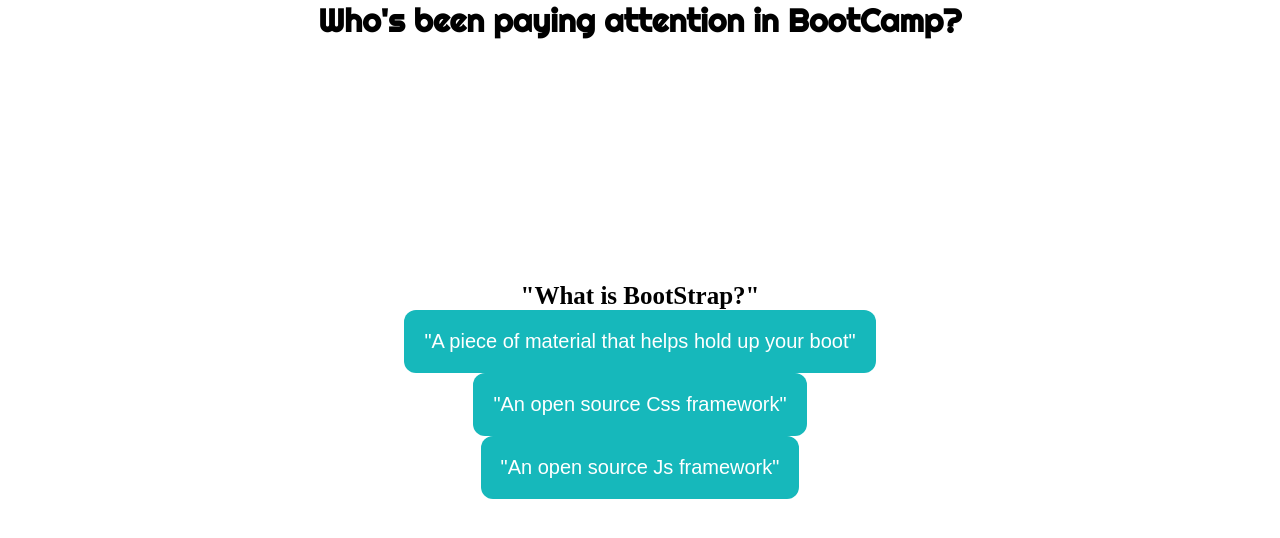
Repository: kkyler24/Quizlet
Page: Quiz.html
An editor plug-in stored every save of this project. The page is shown before and after the next save, followed by the edit.
The browser window is 1280 px wide. The pictures show the whole page.
Some web libraries are served in a nearby version.

Above is the page before, as saved 2020-03-15 23:58:34.

### Quiz.html
<!DOCTYPE html>

<html lang="en">

<head>
    <meta charset="UTF-8">
    <meta name="viewport" content="width=device-width, initial-scale=1.0">

    <!-- font family -->
    <link href="https://fonts.googleapis.com/css2?family=Righteous&display=swap" rel="stylesheet">

    <!-- Popper -->
    <script src="https://cdnjs.cloudflare.com/ajax/libs/popper.js/1.12.9/umd/popper.min.js"
        integrity="sha384-ApNbgh9B+Y1QKtv3Rn7W3mgPxhU9K/ScQsAP7hUibX39j7fakFPskvXusvfa0b4Q"
        crossorigin="anonymous"></script>
    <!-- Myfiles -->
    <link rel="stylesheet" type="text/css" href="DevOpsFiles/Style.css">
    <title>Quiz it</title>
</head>

<header>Who's been paying attention in BootCamp?</header>

<!-- Quiz Design -->

<body>
    <div id="timespent" class="time"></div>

    <Div class="flex-container">
        <div id="questionBoxOne" class="row" style="display: block;">
            <div class="col-md-6 col-sm-3 questionDiv">
                "What is BootStrap?"
                <div class="col-8 col-sm-6 answerA">
                    <button type="button" class="button">"A piece of material that helps hold up your
                        boot"
                    </button>
                </div>
                <div class="col-8 col-sm-6 answerA correct">
                    <button type="button" class="button">"An open source Css
                        framework"</button>
                </div>
                <div class="col-8 col-sm-6 answerA">
                    <button type="button" class="button">"An open source Js framework"</button>
                </div>
            </div>
        </div>

        <div id="questionBoxTwo" class="row" style="display: none;">
            <div class="col-md-6 col-sm-3 questionDiv">
                "Javascript is to muscles as HTML is to...?"
            </div>
                <div class="col-8 col-sm-6 answerB correct">
                    <button type="button" class="button"> IceCream"</button>
                </div>
                <div class="col-8 col-sm-6 answerB">
                    <button type="button" class="button">"Skin"</button>
                </div>
                <div class="col-8 col-sm-6 answerB">
                    <button type="button" class="button">"Skeleton"</button>
                </div>
            </div>


        <div id="questionBoxThree" class="row" style="display: none;">
            <div class="col-md-6 col-sm-3 questionDiv">
                "What does HTML stand for?"
                <div class="row">

                    <div class="col-8 col-sm-6 answerC">
                        <button type="button" class="button">"Home Tools Mark-up language" </button>

                        <div class="col-8 col-sm-6 answerC">
                            <button type="button" class="button"> "Hyper-text Mark down language "</button>

                            <div class="col-8 col-sm-6 answerC">
                                <button type="button" class="button">"Hyper-text Mark up language
                                    "</button>
                            </div>
                        </div>
                    </div>
                </div>
            </div>
        </div>

        <div id="questionBoxFour" class="row" style="display: none;">
            <div class="col-md-6 col-sm-3 questionDiv">
                "What is BootStrap?"
                <div class="row">

                    <div class="col-8 col-sm-6 answerD">
                        <button type="button" class="button">"A piece of material that helps hold
                            up your boot" </button>

                        <div class="col-8 col-sm-6 answerD">
                            <button type="button" class="button">"An open source Css
                                framework"</button>

                            <div class="col-8 col-sm-6 answerD">
                                <button id="D" type="button" class="button">"An open source Js
                                    framework"</button>
                            </div>
                        </div>
                    </div>
                </div>
            </div>
        </div>
    </Div>

    <script src="https://code.jquery.com/jquery-3.4.1.js"></script>
    <script src="DevOpsFiles/Java.js"></script>
</body>

</html>

### DevOpsFiles/Style.css
body{
    margin: auto;
    text-align: center;
    background-image: image();
  }

.flex-container {
    display: flex;
    height: 500px;
    justify-content: center;
    align-items: center;
    flex-direction: column;
  }

header{
font-family: "Righteous", cursive;
font-size: xx-large;
font-weight: bolder;

  }

#secLeft {
  position: absolute;
  top: 0.1%;
  display: block;
}

#questionBoxOne {
  position: absolute;

}

#questionBoxTwo {
  position: absolute;

}

#questionBoxThree {
  position: absolute;

}

#questionBoxFour {
  position: absolute;

}
.questionDiv{
  font-size: 25px;
  font-weight: bold;

}

.button{
background-color: rgb(22, 184, 187);
padding: 20px;
border-radius: 12px;
border: none;
color: white;
font-family:Arial, Helvetica, sans-serif;
font-size: 20PX;
}

#timespent{
  border: none;
  height: 100px;
  text-align: center;
  font-size: 40px;
  font-weight: bold;

}

.startButton{
  text-align: center;
  margin-top: 25%;
}

### DevOpsFiles/Java.js
// var startTime;
var startTime;
function display() {
  // later record end time
  var endTime = new Date();

  // time difference in ms
  var timeDiff = endTime - startTime;

  // strip the miliseconds
  timeDiff /= 1000;

  // get seconds
  var seconds = Math.round(timeDiff % 60);

  // remove seconds from the date
  timeDiff = Math.floor(timeDiff / 60);

  // get minutes
  var minutes = Math.round(timeDiff % 60);

  // remove minutes from the date
  timeDiff = Math.floor(timeDiff / 60);

  // get hours
  var hours = Math.round(timeDiff % 24);

  // remove hours from the date
  timeDiff = Math.floor(timeDiff / 24);

  // the rest of timeDiff is number of days
  var days = timeDiff;

  $(".time").text(minutes + ":" + seconds);
  setTimeout(display, 1000);
}

$(".answerA").click(function () {
  startTime = new Date();
  setTimeout(display, 1000);
});
//   function stopTimer() {
//     secondsElapsed = 0;
//     formatTime();
//   }
//   function startTimer() {
//     if (totalSeconds > 0) {
//       secondsElapsed = 0;
//       timer = setInterval(function () {
//         secondsElapsed++;
//         formatTime();
//       }, 1000);
//     }
//     formatTime();
//   }
// };

// ---Score Code---
var totalScore = [];

function getSum(total, num) {
  return total + Math(num);
}
function myFunction(item) {
  document.getElementById("stats").innerHTML = totalScore.reduce(getSum, 0);
}



// Questions Object
var Quests = [
  {
    Q1: {
      Question: "What is BootStrap?",
      answers: ["A piece of material that helps hold up your boot", "An open source Css framework", "An open source JS framework"],
      answersCorrect: [1]

    },

    Q2: {
      Question: "HTML is to Skeleton as Javascript is to...?",
      answers: ["Muscles", "Skin", "Coffee"],
      answersCorrect: [0]
    },

    Q3: {
      Question: "What does HTML stand for?",
      answers: ["A piece of material that helps hold up your boot", "An open source Css framework", "An open source JS framework"],
      answersCorrect: [3]
    },

    Q4: {
      Question: "What is BootStrap?",
      answers: ["A piece of material that helps hold up your boot", "An open source Css framework", "An open source JS framework"],
      answersCorrect: [2]
    }
  }];


// -->Get faded code<--

var fadeOut = $(".answerA").on("click", function () {
  $("#questionBoxOne").fadeOut(2500, function () {
    $(this).remove();
  })
});

$(".answerA").on("click", function () {
  $("#questionBoxTwo").fadeIn(3600, function () {
  })
});

$('.answerB').on('click', function () {
  $("#questionBoxTwo").fadeOut(2500, function () {
    $(this).remove();
  })
});

$(".answerB").on("click", function () {
  $("#questionBoxThree").fadeIn(3600, function () {

  })
});

$('.answerC').on('click', function () {
  $("#questionBoxThree").fadeOut(2500, function () {
    $(this).remove();
  })
});

$(".answerC").on("click", function () {
  $("#questionBoxFour").fadeIn(3500, function () {
  })
});

$('.answerD').on('click', function () {
  $("#questionBoxFour").fadeOut(2500, function () {
    $(this).remove();
  })
});

$(".answerD").on("click", function () {
    $("#stats").slideDown(3500, function () {
    })
  });

//
// var aBBox = document.getElementsByClassName("col-8 col-sm-6 answerB");
// aBBox.


// done.addEventListener("event", function(){
// $(".answerb").on("event", function(){
//   $("#questionBoxTwo").fadeOut(2000,function(){
//     $(this).remove();
// })});



//
// $("#questionBoxTwo").fadeIn(1000,function())

// fade in after (this).remove has been completed
// var buttonCheck = document.getElementsByClassName("button");
// var totalScore = "";

// button listener



// Check the buttons for correct class
// // for ( var i = 0; i > flex-container.lenght; i++) {
// //   $("button").on("click", function(){
// //     if (buttonCheck.click === button.correct){
// //         totalScore = totalScore + 25;
// //     }
// //     else {secondsElapsed + 1500};
//   }
// )}

After the next save:
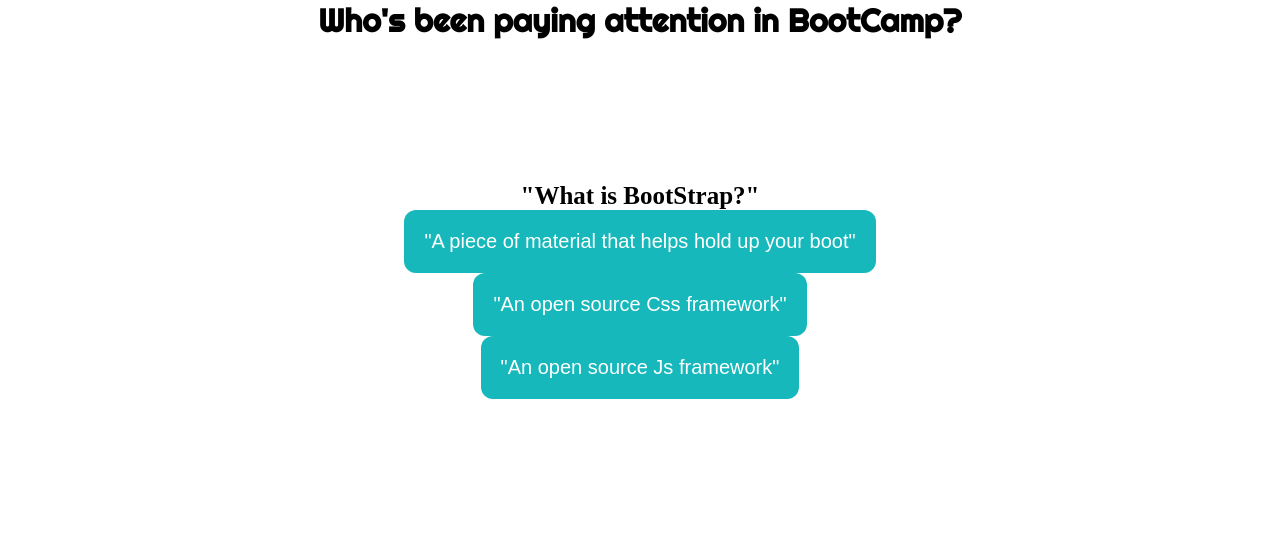
Saved 2 s later.
--- a/Quiz.html
+++ b/Quiz.html
@@ -23,7 +23,6 @@
 <!-- Quiz Design -->
 
 <body>
-    <div id="timespent" class="time"></div>
 
     <Div class="flex-container">
         <div id="questionBoxOne" class="row" style="display: block;">
@@ -103,6 +102,7 @@
                 </div>
             </div>
         </div>
+        <div id="timespent" class="time"></div>
     </Div>
 
     <script src="https://code.jquery.com/jquery-3.4.1.js"></script>
